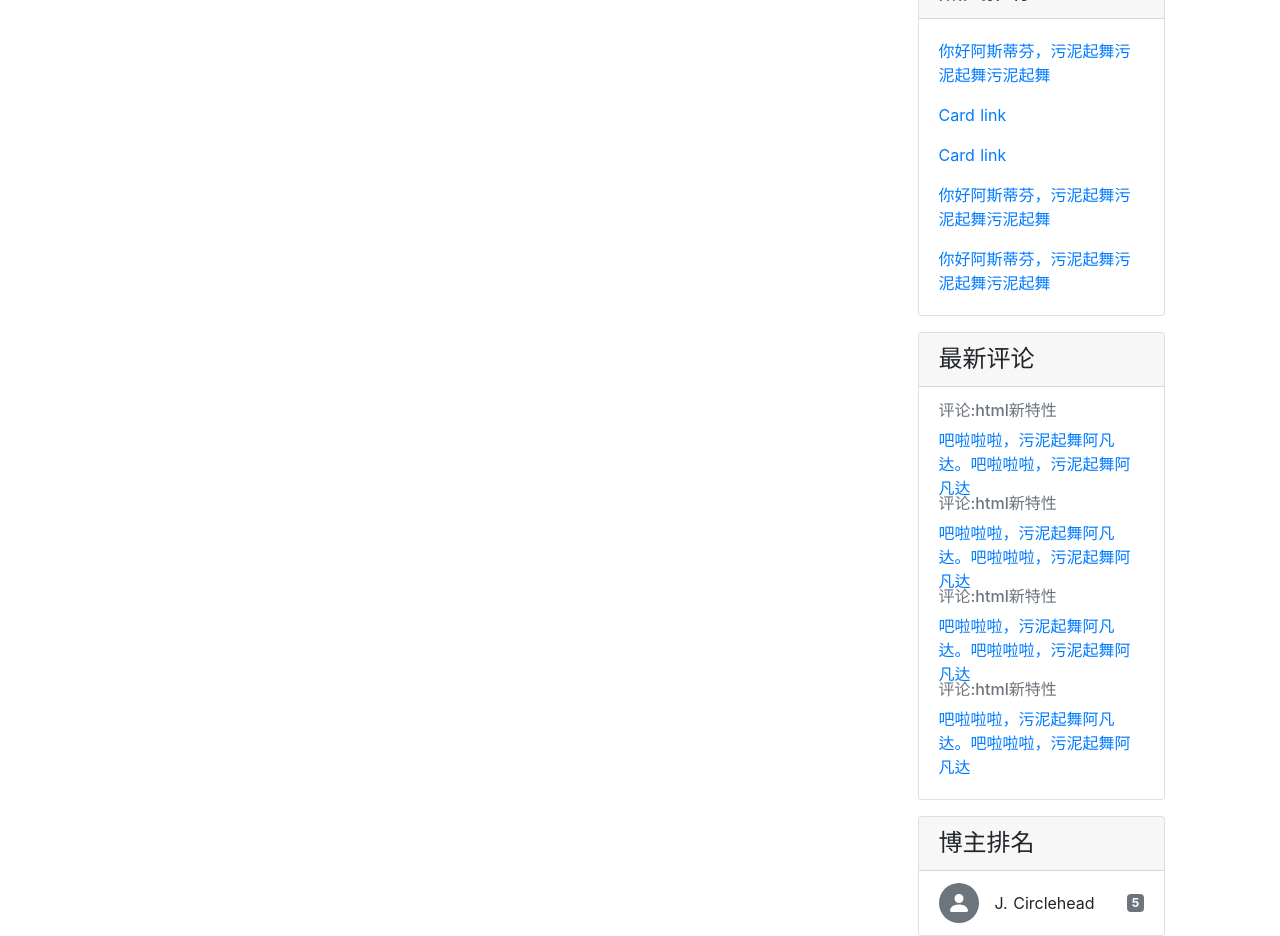
Repository: MTTTM/nuxt-xiaomatata
Page: /
The author's editor kept a copy of each file at every save. The page is drawn from the files as they stood at one save, then again after the next save.
The browser window is 1280 px wide. The pictures show the part of the page from y = 700 to 1652 px (the page is 1636 px tall before and 1652 px after).
The project was rebuilt for these pictures with package versions that can differ from the ones it lists, and the page was loaded fresh each time. The framework's server and built-in components were replaced by stand-ins that run in the browser. Also part of the build but not shown: nuxt.config.js, components/Logo.vue, components/aboutMe.vue, components/articleListItem.vue, components/bloggerRanking.vue, components/carouselBox.vue, components/classifyList.vue, components/commentBox.vue and 7 more. Imported but missing from the stored project, and not drawn on this page: components/cmSpinner, mixins/scrollLoad.

Above is the page before, as saved 2021-04-10 12:10:33.

### assets/style/comm.scss
body{
  .container{
    min-height: auto;
    justify-content: start;
    text-align: left;
  }
}

### components/breadCrumb.vue
<template>
  <b-breadcrumb :items="items"></b-breadcrumb>
</template>

<script>
export default {
  data() {
    return {
      items: [
        {
          text: "Admin",
          href: "#",
        },
        {
          text: "Manage",
          href: "#",
        },
        {
          text: "Library",
          active: true,
        },
      ],
    };
  },
};
</script>

### components/navBar.vue
<template>
  <div class="nav-bar">
    <b-navbar toggleable="lg" type="dark" variant="info" fixed="top">
      <b-navbar-brand href="#"> 塔塔 </b-navbar-brand>

      <b-navbar-toggle target="nav-collapse" />

      <b-collapse id="nav-collapse" is-nav>
        <b-navbar-nav>
          <b-nav-item href="#"> Link </b-nav-item>
          <b-nav-item href="#" disabled> Disabled </b-nav-item>
          <b-nav-item-dropdown text="Lang" right>
            <b-dropdown-item href="#"> EN </b-dropdown-item>
            <b-dropdown-item href="#"> ES </b-dropdown-item>
            <b-dropdown-item href="#"> RU </b-dropdown-item>
            <b-dropdown-item href="#"> FA </b-dropdown-item>
          </b-nav-item-dropdown>
        </b-navbar-nav>

        <!-- Right aligned nav items -->
        <b-navbar-nav class="ml-auto">
          <b-nav-form>
            <b-form-input size="sm" class="mr-sm-2" placeholder="Search" />

            <b-button size="sm" class="my-2 my-sm-0" type="submit">
              Search
            </b-button>
          </b-nav-form>

          <b-nav-item-dropdown right>
            <!-- Using 'button-content' slot -->
            <template #button-content>
              <b-avatar
                variant="info"
                src="https://placekitten.com/300/300"
              ></b-avatar>
              <em>User</em>
            </template>

            <b-dropdown-item href="#"> Profile </b-dropdown-item>
            <b-dropdown-item href="#"> Sign Out </b-dropdown-item>
          </b-nav-item-dropdown>
        </b-navbar-nav>
      </b-collapse>
    </b-navbar>
  </div>
</template>
<script>
export default {};
</script>
<style lang="scss">
* {
  margin: 0;
  padding: 0;
}
</style>

### layouts/default.vue
<template>
  <div>
    <navBar />
    <Nuxt />
  </div>
</template>
<script>
import navBar from "../components/navBar";
export default {
  components: { navBar }
};
</script>
<style>
html {
  font-size: 16px;
  word-spacing: 1px;
  -ms-text-size-adjust: 100%;
  -webkit-text-size-adjust: 100%;
  -moz-osx-font-smoothing: grayscale;
  -webkit-font-smoothing: antialiased;
  box-sizing: border-box;
}
</style>

### pages/index.vue
<template>
  <div>
    <b-carousel
      id="carousel-1"
      v-model="slide"
      :interval="4000"
      controls
      indicators
      background="#ababab"
      img-width="1024"
      img-height="480"
      style="text-shadow: 1px 1px 2px #333"
      @sliding-start="onSlideStart"
      @sliding-end="onSlideEnd"
    >
      <!-- Text slides with image -->
      <b-carousel-slide
        caption="First slide"
        text="Nulla vitae elit libero, a pharetra augue mollis interdum."
        img-src="https://picsum.photos/1024/480/?image=52"
      ></b-carousel-slide>

      <!-- Slides with custom text -->
      <b-carousel-slide img-src="https://picsum.photos/1024/480/?image=54">
        <h1>Hello world!</h1>
      </b-carousel-slide>

      <!-- Slides with image only -->
      <b-carousel-slide
        img-src="https://picsum.photos/1024/480/?image=58"
      ></b-carousel-slide>

      <!-- Slides with img slot -->
      <!-- Note the classes .d-block and .img-fluid to prevent browser default image alignment -->
      <b-carousel-slide>
        <template #img>
          <img
            class="d-block img-fluid w-100"
            width="1024"
            height="480"
            src="https://picsum.photos/1024/480/?image=55"
            alt="image slot"
          />
        </template>
      </b-carousel-slide>

      <!-- Slide with blank fluid image to maintain slide aspect ratio -->
      <b-carousel-slide caption="Blank Image" img-blank img-alt="Blank image">
        <p>
          Lorem ipsum dolor sit amet, consectetur adipiscing elit. Suspendisse
          eros felis, tincidunt a tincidunt eget, convallis vel est. Ut
          pellentesque ut lacus vel interdum.
        </p>
      </b-carousel-slide>
    </b-carousel>

    <b-container>
      <breadCrumb class="w-100" />
    </b-container>
    <b-container>
      <b-row class="w-100">
        <b-col cols="9" md="9" sm="12">1 of 2</b-col>
        <b-col cols="3" md="3" sm="12">
          <b-card no-body style="max-width: 20rem">
            <template #header>
              <h4 class="mb-0">热文推荐</h4>
            </template>

            <b-card-body>
              <b-card-text>
                <a href="#" class="card-link"
                  >你好阿斯蒂芬，污泥起舞污泥起舞污泥起舞</a
                >
              </b-card-text>
              <b-card-text>
                <a href="#" class="card-link">Card link</a>
              </b-card-text>
              <b-card-text>
                <a href="#" class="card-link">Card link</a>
              </b-card-text>
              <b-card-text>
                <a href="#" class="card-link"
                  >你好阿斯蒂芬，污泥起舞污泥起舞污泥起舞</a
                >
              </b-card-text>
              <b-card-text>
                <a href="#" class="card-link"
                  >你好阿斯蒂芬，污泥起舞污泥起舞污泥起舞</a
                >
              </b-card-text>
            </b-card-body>
          </b-card>

          <b-card no-body style="margin-top: 1rem">
            <template #header>
              <h4 class="mb-0">最新评论</h4>
            </template>

            <b-card-body>
              <a href="#">
                <b-card-sub-title class="mb-2"
                  >评论:html新特性</b-card-sub-title
                >
                <b-card-text>
                  吧啦啦啦，污泥起舞阿凡达。吧啦啦啦，污泥起舞阿凡达
                </b-card-text>
              </a>
              <a href="#">
                <b-card-sub-title class="mb-2"
                  >评论:html新特性</b-card-sub-title
                >
                <b-card-text>
                  吧啦啦啦，污泥起舞阿凡达。吧啦啦啦，污泥起舞阿凡达
                </b-card-text>
              </a>
              <a href="#">
                <b-card-sub-title class="mb-2"
                  >评论:html新特性</b-card-sub-title
                >
                <b-card-text>
                  吧啦啦啦，污泥起舞阿凡达。吧啦啦啦，污泥起舞阿凡达
                </b-card-text>
              </a>
              <a href="#">
                <b-card-sub-title class="mb-2"
                  >评论:html新特性</b-card-sub-title
                >
                <b-card-text>
                  吧啦啦啦，污泥起舞阿凡达。吧啦啦啦，污泥起舞阿凡达
                </b-card-text>
              </a>
            </b-card-body>
          </b-card>
          <b-card no-body style="margin-top: 1rem">
            <template #header>
              <h4 class="mb-0">博主排名</h4>
            </template>
            <b-list-group flush>
              <b-list-group-item class="d-flex align-items-center">
                <b-avatar class="mr-3"></b-avatar>
                <span class="mr-auto">J. Circlehead</span>
                <b-badge>5</b-badge>
              </b-list-group-item>
            </b-list-group>
          </b-card>
        </b-col>
      </b-row>
    </b-container>
  </div>
</template>
<script>
import breadCrumb from "../components/breadCrumb";
export default {
  components: { breadCrumb },
};
</script>
<style>
.container {
  margin: 0 auto;
  min-height: 100vh;
  display: flex;
  justify-content: center;
  align-items: center;
  text-align: center;
}

.title {
  display: block;
  font-weight: 300;
  font-size: 100px;
  color: #35495e;
  letter-spacing: 1px;
}

.subtitle {
  font-weight: 300;
  font-size: 42px;
  color: #526488;
  word-spacing: 5px;
  padding-bottom: 15px;
}

.links {
  padding-top: 15px;
}
</style>

Loaded but not shown: store/system.js (no copy from this time; the picture is the same without it)

After the next save:
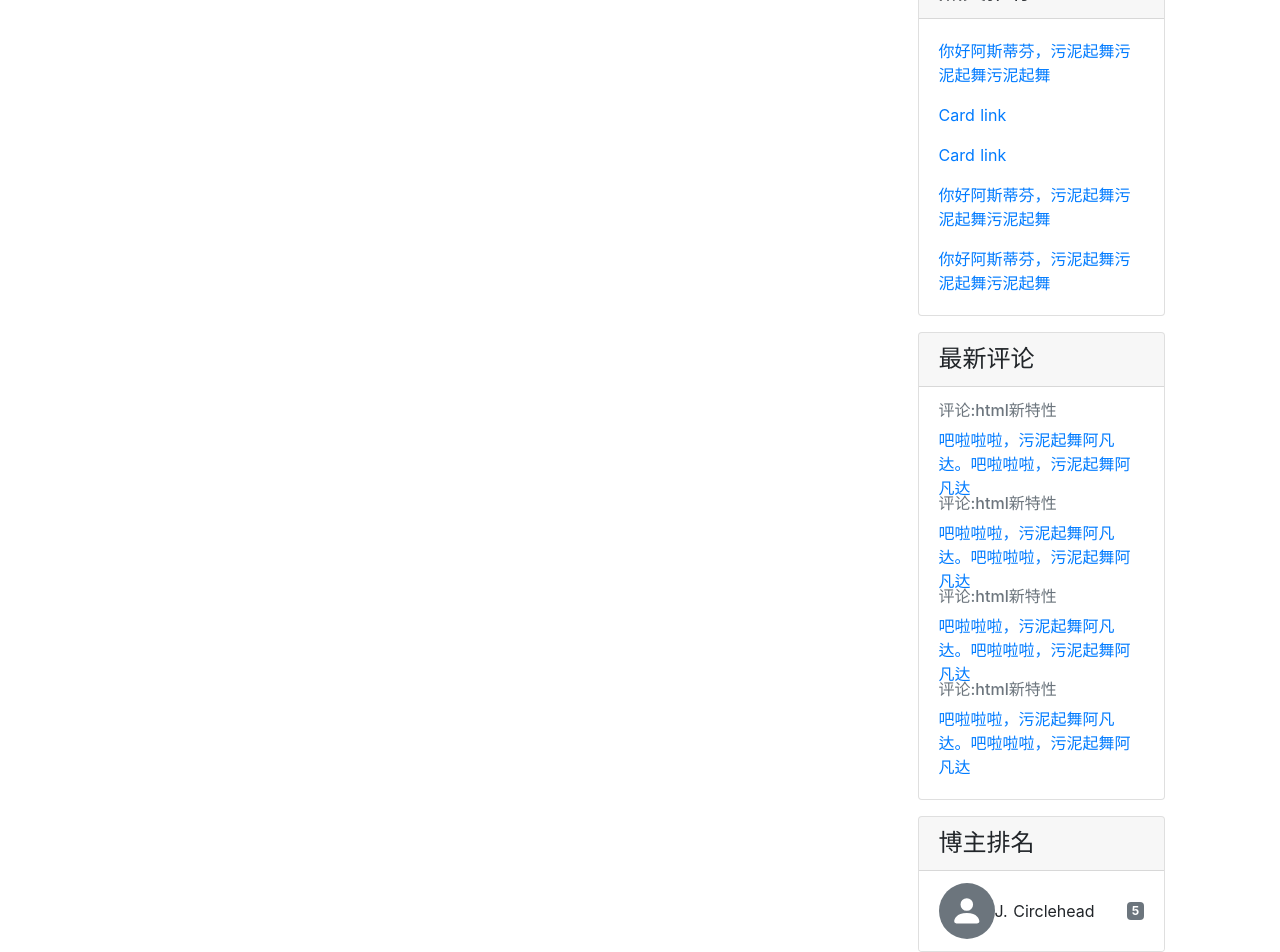
Saved 41 s later.
--- a/pages/index.vue
+++ b/pages/index.vue
@@ -137,7 +137,7 @@
             </template>
             <b-list-group flush>
               <b-list-group-item class="d-flex align-items-center">
-                <b-avatar class="mr-3"></b-avatar>
+                <b-avatar size="lg"></b-avatar>
                 <span class="mr-auto">J. Circlehead</span>
                 <b-badge>5</b-badge>
               </b-list-group-item>
